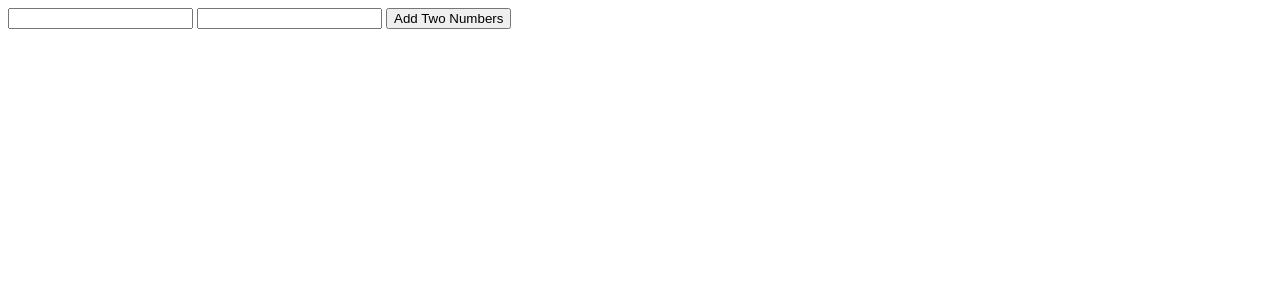
Repository: sundeeep/st33
Page: Servlet-JSP/BankingApp/src/main/webapp/additionForm.html
These files come from the project's save history. The page is drawn as it stood at one moment and after the next save; the edit follows.
The browser window is 1280 px wide. The pictures show the whole page.

Above is the page before, as saved 2024-06-05 11:21:37.

### Servlet-JSP/BankingApp/src/main/webapp/additionForm.html
<!DOCTYPE html>
<html>
<head>
<meta charset="UTF-8">
<title>Insert title here</title>
</head>
<body>

	<form class="flex flex-col gap-3 items-center" action="">
		<input type="number" name="numOne"/>
		<input type="number" name="numOne"/>
		<button type="submit">Add Two Numbers</button>
	</form>

</body>
</html>

After the next save:
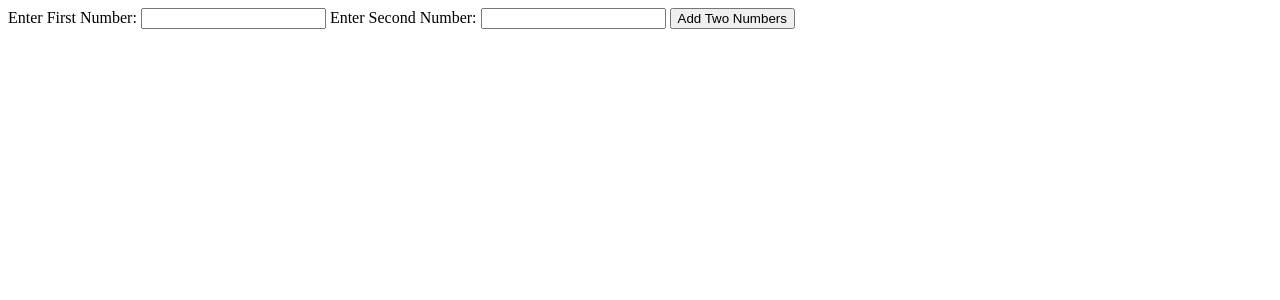
Saved 68 s later.
--- a/Servlet-JSP/BankingApp/src/main/webapp/additionForm.html
+++ b/Servlet-JSP/BankingApp/src/main/webapp/additionForm.html
@@ -6,9 +6,9 @@
 </head>
 <body>
 
-	<form class="flex flex-col gap-3 items-center" action="">
-		<input type="number" name="numOne"/>
-		<input type="number" name="numOne"/>
+	<form class="flex flex-col gap-3 items-center" action="add">
+		Enter First Number: <input type="number" name="numOne"/>
+		Enter Second Number: <input type="number" name="numOne"/>
 		<button type="submit">Add Two Numbers</button>
 	</form>
 
